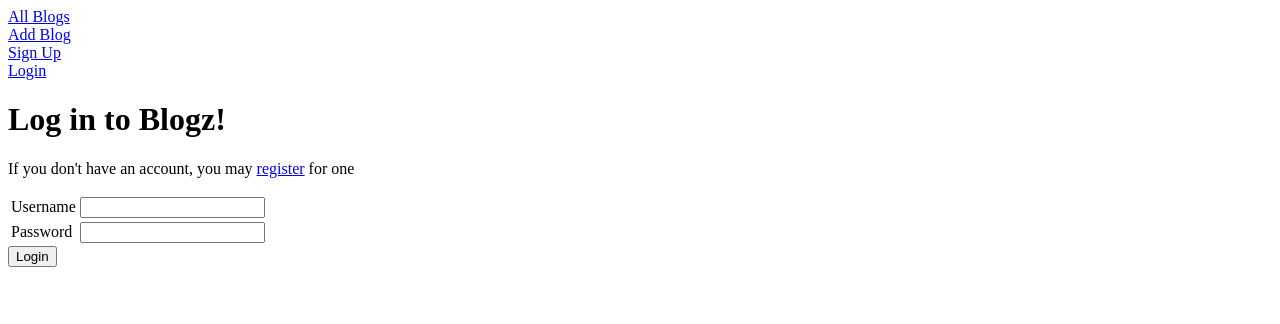
Repository: jwilliams32/blogz
Page: http://localhost/login
The author's editor kept a copy of each file at every save. The page is drawn from the files as they stood at one save, then again after the next save.
The browser window is 1280 px wide. The pictures show the whole page.
The page is served by the project's application, run on Flask 3 (main.py).

Above is the page before, as saved 2017-10-25 15:15:29.

### templates/login.html
{% extends "base.html" %}

{% block content %}
<h1>Log in to Blogz!</h1>
<p>If you don't have an account, you may <a href="/signup">register</a> for one</p>
<form action="/login" method="post">
    <table>
        <tr>
            <td><label for="username">Username</label></td>
            <td>
                <input name="username" type="text" value="{{username}}">
            </td>
        </tr>
        <tr>
            <td><label for="password">Password</label></td>
            <td>
                <input name="password" type="password">
            </td>
        </tr>
    </table>
    <input type="submit" value="Login">
</form>
{% endblock %}

### templates/base.html
<!doctype html>
<html>
    <style>
        .error{
            color:red
        }
    </style>
    <head>
        <title>{{title}}</title>
    </head>
<body>

        <div>
            <a href='/blog'>All Blogs</a>
        </div>
        <div>
            <a href='/newpost'>Add Blog</a>
        </div>
        <div>
            <a href='/signup'>Sign Up</a>
        </div>
        <div>
            <a href='/login'>Login</a>
        </div>
    {% with messages = get_flashed_messages(with_categories=True) %}

            <ul>
            {% for category,message in messages%}
                <li class="{{category}}"> {{message}} </li>
            {% endfor %}
            </ul>
     {% endwith %}

    {% block content %}
    {% endblock %}

</body>
</html>

### main.py
from flask import Flask, request, redirect, render_template, session, flash
from flask_sqlalchemy import SQLAlchemy

app = Flask(__name__)
app.config['DEBUG'] = True
app.config['SQLALCHEMY_DATABASE_URI'] = 'mysql+pymysql://blogz:blogz@localhost:8889/blogz'#mysql connection,how we will connect,user,user password,host,port#,database you want to connect to
app.config['SQLALCHEMY_ECHO'] = True
db = SQLAlchemy(app)#database object is now db
app.secret_key = 'ljksj3oi2hefjvsl'


class Blog(db.Model):#db has an object in it called Model

    id = db.Column(db.Integer, primary_key=True)#db type,type of key)#every class created to be stored in db will have an id
    title = db.Column(db.String(120))#max len))#tasks now stored in name instead of list
    body = db.Column(db.String(120))
    owner_id = db.Column(db.Integer, db.ForeignKey('user.id'))#
    #completed = db.Column(db.Boolean, default=False)

    def __init__(self, title, body, owner):
        self.title = title
        self.body = body
        self.owner = owner
class User(db.Model):
    id = db.Column(db.Integer, primary_key=True)
    username = db.Column(db.String(120))
    password = db.Column(db.String(120))
    blogs = db.relationship('Blog', backref='owner')

    def __init__(self,username,password):
        self.username = username
        self.password = password


@app.before_request#run this function before you run the request
def require_login(): #not a request handler, will run for every request to check and see if user has logged in
    allowed_routes = ['login',  'signup']#routes user don't have to login to see

    if request.endpoint not in allowed_routes and 'username' not in session:#not logged in yet,endpoint is the end route
        return redirect('/login')


@app.route('/login', methods=['POST','GET'])
def login ():
#    username_error = ''
#    password_error=''
    if request.method == 'POST':
        username = request.form['username']
        password = request.form['password']
        user = User.query.filter_by(username=username).first()
        if user and user.password == password:
            session['username'] = username
            flash("Logged in")
            return redirect('/newpost')
        else:
            flash("User password incorrect, or User doesn't exist", "error")
#            if user.password != password:
#                password_error = "Incorrect Password"

#            if user != user:
#                user_error = "Incorrect Users"
    return render_template('login.html')



@app.route('/signup', methods=['POST','GET'])
def signup():
    username_error = ''
    password_error = ''
    verify_error = ''

    username_boolean = True
    password_boolean = True
    verify_boolean = True

#

    if request.method == 'POST':
        username = request.form['username']
        password = request.form['password']
        verify = request.form['verify']
        new_user = User(username, password)
        existing_user = User.query.filter_by(username=username).first()

    #if request.method == 'GET':
     #   blog_id = request.args.get('id')

      #  if blog_id:

       #     blogs = Blog.query.get(blog_id)
            #return redirect('/blogpost?id={0}'.format(blog.id))
        #    return render_template('blogpost.html', title="Blog Post!", blog= Blog.query.get(blog_id))


        #if existing_user == new_user:
         #   flash("User already taken", "error")

        #if ' ' in username or len(username) < 3 or len(username) > 20:
            #username_error = 'Invalid Username 3-20 Characters'
            #username = ''
            #username_boolean = False

        #if ' ' in password or len(password) <3 or len(password) > 20:
            #password_error = 'Password 3-20 Length'
            #password = ''
            #password_boolean = False

        #if verify != password :
            #verify_error = 'Passwords must match'
            #verify = ''
            #verify_boolean = False

        #if username_boolean and password_boolean and verify_boolean and not existing_user:
        if not existing_user:
            db.session.add(new_user)
            db.session.commit()
            session['username'] = username
            flash("New Post")
            return redirect('/newpost')
        else:
            return flash("User Exist","error")        #flash("User name or Password not 3-20 characters or Passwords do not match","error")

    return render_template('signup.html')#, username = username, password = password,
                            #verify = verify, username_error = username_error,
                            #password_error = password_error, verify_error = verify_error)
    #return render_template('signup.html', username=username, username_boolean=username_boolean,verify_boolean=verify_boolean,
     #       password=password,username_error=username_error, verify=verify)



@app.route('/logout', methods=['POST'])
def logout():
    return redirect('/blog')

@app.route('/blog', methods=['POST', 'GET'])
def blog():
    if request.method == 'GET':
        blog_id = request.args.get('id')

        if blog_id:

            blogs = Blog.query.get(blog_id)
            #return redirect('/blogpost?id={0}'.format(blog.id))
            return render_template('blogpost.html', title="Blog Post!", blog= Blog.query.get(blog_id))

        else:
            blogs = Blog.query.all()
            return render_template('main.html', title="Blog Post!",
            blogs=blogs)

    else:#if incoming request is a post, todo submit
        title = request.form['title']#grab data and create new blog
        body = request.form['body']
        owner = User.query.filter_by(username=session['username']).first()
        new_post = Blog(title, body, owner)#creates new task object
        db.session.add(new_post)#input in to the data base
        db.session.commit()#commits change to database

        blogs = Blog.query.all()
        return render_template('main.html', title="Blog Post!",
       blogs=blogs)#Pass the post into the template


@app.route('/newpost', methods=['POST', 'GET'])
def newpost():
    owner = User.query.filter_by(username=session['username']).first()

    title_error=""
    body_error=""

    if request.method == 'POST':#if incoming request is a post, todo submit
        title = request.form['title']#grab data and create new blog
        body = request.form['body']
        owner = User.query.filter_by(username=session['username']).first()
        new_post = Blog(title, body, owner)#creates new task object


        if title =="":
            title_error = "Please enter title"
        if body =="":
            body_error = "Please enter content"

        if not title_error and not body_error:
            db.session.add(new_post)#input in to the data base
            db.session.commit()
            id=new_post.id
            print(id)

            blogs = Blogs.query.filter_by(owner=owner).all()
            return redirect("/blog?id="+str(id))
        else:
            return render_template('post.html', title_error=title_error,body_error=body_error, title=title, body=body,blogs=blogs)
    else:
        return render_template('post.html', title="New Blog Post")

#request.args.get()

#    return render_template('todos.html')
@app.route('/')
def index():
    return redirect('/blog')


if __name__ == '__main__':#only start when using main.py from terminal
    app.run()

After the next save:
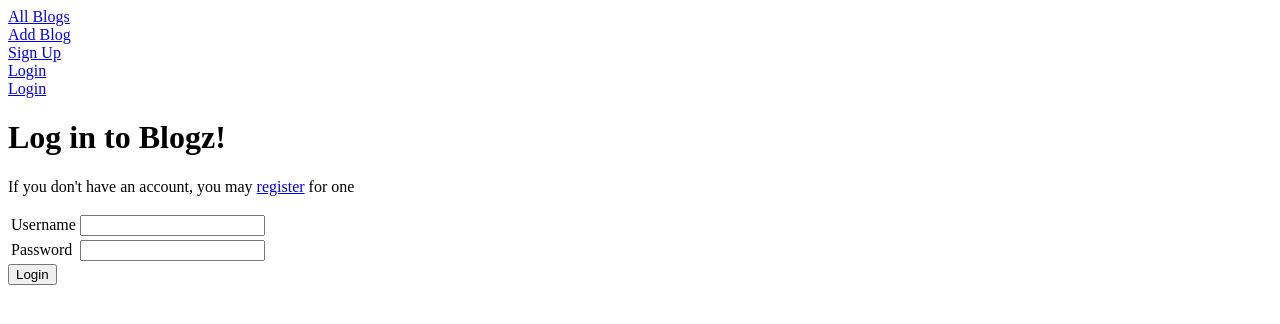
Saved 59 s later.
--- a/templates/base.html
+++ b/templates/base.html
@@ -22,6 +22,9 @@
         <div>
             <a href='/login'>Login</a>
         </div>
+        <div>
+                <a href='/logout'>Login</a>
+            </div>
     {% with messages = get_flashed_messages(with_categories=True) %}
 
             <ul>
